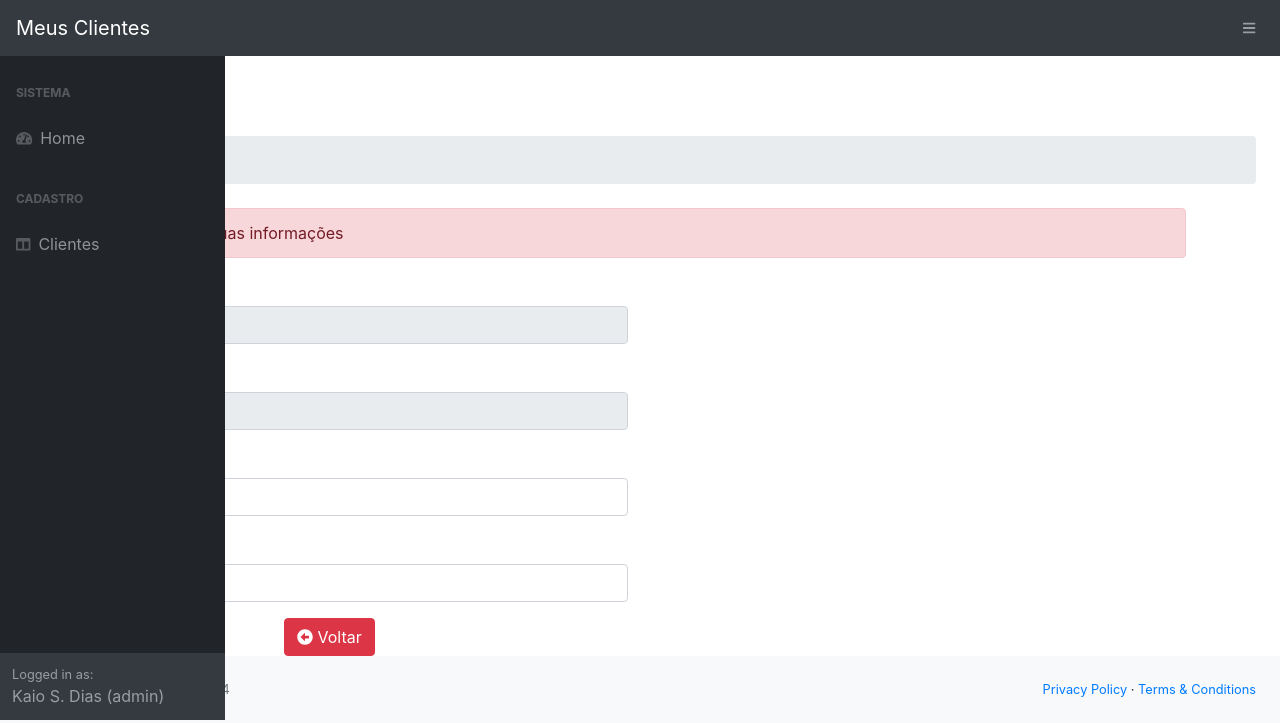
Repository: Kaio-Dias/Angular-Springboot
Page: /users-form (app in Frontend/clients-app/)
These files come from the project's save history. The page is drawn as it stood at one moment and after the next save; the edit follows.
The browser window is 1280 px wide. The pictures show the whole page.
Some web libraries are served in a nearby version. The project was rebuilt for these pictures with package versions that can differ from the ones it lists, and the page was loaded fresh each time. Also part of the build but not shown: Frontend/clients-app/angular.json, Frontend/clients-app/src/app/home/home.component.ts, Frontend/clients-app/src/app/users/users-list/users-list.component.ts.

Above is the page before, as saved 2024-07-09 12:12:26.

### Frontend/clients-app/src/index.html
<!doctype html>
<html lang="en">
<head>
  <meta charset="utf-8">
  <title>ClientsApp</title>
  <base href="/">
  <meta name="viewport" content="width=device-width, initial-scale=1">
  <link rel="icon" type="image/x-icon" href="favicon.ico">
  <script src="https://cdnjs.cloudflare.com/ajax/libs/font-awesome/5.11.2/js/all.min.js" crossorigin="anonymous"></script>
</head>
<body class="sb-nav-fixed">
  <app-root></app-root>
</body>
</html>

### Frontend/clients-app/src/app/app.component.ts
import { Component } from '@angular/core';
import { RouterModule, RouterOutlet } from '@angular/router';
import { routes } from './app.routes';
import { UsersService } from './users.service';
import { HttpClientModule } from '@angular/common/http';
import { CommonModule } from '@angular/common';

import { HomeComponent } from './home/home.component';
import {TemplateModule} from './template/template.module';
import {UsersModule} from './users/users.module';

@Component({
  selector: 'app-root',
  standalone: true,
  imports: [
    RouterOutlet,
    HomeComponent,
    TemplateModule,
    CommonModule,
    UsersModule,
    HttpClientModule
  ],
  providers:[
    UsersService
  ],
  templateUrl: './app.component.html',
  styleUrls: ['./app.component.css']
})
export class AppComponent {
  title = 'clients-app';
}

### Frontend/clients-app/src/app/app.routes.ts
import { Routes } from '@angular/router';
import { UsersFormComponent } from './users/users-form/users-form.component';
import { HomeComponent } from './home/home.component';
import { UsersListComponent } from './users/users-list/users-list.component';

export const routes: Routes = [
    { path: '', redirectTo: '/home', pathMatch: 'full' },
    { path: 'home', component: HomeComponent },
    { path: 'users-form', component: UsersFormComponent },
    { path: 'users-list', component: UsersListComponent },

];

### Frontend/clients-app/src/app/app.component.html
<app-navbar></app-navbar>
<div id="layoutSidenav">
  <app-sidebar></app-sidebar>
  <div id="layoutSidenav_content">
    <main>
      <div class="container-fluid">
        <router-outlet></router-outlet>
      </div>
      <footer class="py-4 bg-light mt-auto">
        <div class="container-fluid">
            <div class="d-flex align-items-center justify-content-between small">
                <div class="text-muted">Copyright &copy; Client Manager 2024</div>
                <div>
                    <a href="#">Privacy Policy</a>
                    &middot;
                    <a href="#">Terms &amp; Conditions</a>
                </div>
            </div>
        </div>
    </footer>
    </main>
  </div>
</div>

### Frontend/clients-app/src/app/users.service.ts
import { Injectable } from '@angular/core';
import { UserModel } from './users/UserModel';
import { HttpClient, HttpHeaders } from '@angular/common/http';
import { Observable } from 'rxjs';


@Injectable({
  providedIn: 'root'
})
export class UsersService {

  private user: UserModel[] = [];

  private apiUrl = 'http://localhost:8084/api/users';

  constructor(private http: HttpClient) {

  }
  //provavelmente seu User virará UserModel
  save(user:UserModel) : Observable<UserModel>{
    const headers = new HttpHeaders({'Content-Type': 'application/json'});
    return this.http.post<UserModel>(this.apiUrl, user, {headers})
  }

  getUsers() : Observable<UserModel[]> {
    return this.http.get<UserModel[]>(this.apiUrl);
  }
}

### Frontend/clients-app/src/app/template/template.module.ts
import { NgModule } from '@angular/core';
import { CommonModule } from '@angular/common';
import { NavbarComponent } from './navbar/navbar.component';
import {SidebarComponent } from './sidebar/sidebar.component';
import { RouterModule } from '@angular/router';



@NgModule({
  declarations: [],
  imports: [
    CommonModule,
    RouterModule,
    NavbarComponent,
    SidebarComponent
  ],
  exports: [
    NavbarComponent,
    SidebarComponent
  ]
})
export class TemplateModule { }

### Frontend/clients-app/src/app/users/users.module.ts
import { NgModule } from '@angular/core';
import { CommonModule } from '@angular/common';
import { FormsModule } from '@angular/forms'

import { UsersRoutingModule } from './users-routing.module';
import { UsersFormComponent } from './users-form/users-form.component';
import { UsersListComponent } from './users-list/users-list.component';


@NgModule({
  declarations: [],
  imports: [
    FormsModule,
    CommonModule,
    UsersRoutingModule,
    UsersFormComponent,
  ],
  exports:[
    UsersFormComponent
  ]
})
export class UsersModule { }

### Frontend/clients-app/src/app/users/users-form/users-form.component.ts
import { Component, OnInit } from '@angular/core';
import { FormsModule } from '@angular/forms';

import { UserModel } from '../UserModel';
import { UsersService } from '../../users.service'
import { response } from 'express';
import { CommonModule } from '@angular/common';

@Component({
  selector: 'app-users-form',
  standalone: true,
  imports: [FormsModule, CommonModule],
  templateUrl: './users-form.component.html',
  styleUrls: ['./users-form.component.css']
})
export class UsersFormComponent implements OnInit {

  user: UserModel;
  success: boolean = false;

  constructor(private usersService: UsersService) {
    this.user = new UserModel(10, 'Anderson Silva', '00987654322', '2024-01-08');
  }

  ngOnInit(): void {}

  onSubmit(): void{
    console.log('Butt on clicked hihihi', this.user);
    this.usersService.save(this.user).subscribe(response => {
      this.success = true;
    }, errorResponse =>
      console.log(errorResponse.error.errors)
  )
  }

}

### Frontend/clients-app/src/app/template/navbar/navbar.component.ts
import { Component, AfterViewInit } from '@angular/core';

@Component({
  selector: 'app-navbar',
  standalone: true,
  imports: [],
  templateUrl: './navbar.component.html',
  styleUrl: './navbar.component.css'
})
export class NavbarComponent {

}

### Frontend/clients-app/src/app/users/users-routing.module.ts
import { NgModule } from '@angular/core';
import { RouterModule, Routes } from '@angular/router';
import { UsersFormComponent } from './users-form/users-form.component';

const routes: Routes = [
  { path: 'users-form', component: UsersFormComponent}
];

@NgModule({
  imports: [RouterModule.forChild(routes)],
  exports: [RouterModule]
})
export class UsersRoutingModule { }

### Frontend/clients-app/src/app/users/users-form/users-form.component.html
<h1 class="mt-4">Clientes</h1>
<ol class="breadcrumb mb-4">
    <li class="breadcrumb-item active">Cadastro</li>
</ol>
<div class="container">
        <form #userForm="ngForm" (ngSubmit)="onSubmit()">
            <div class="row">
                <div class="col-md-12">
                    <div class="alert alert-success" role="alert" *ngIf="success==true">
                        Cliente salvo/atualizado com sucesso!
                    </div>
                    <div class="alert alert-danger" role="alert" *ngIf="success==false">
                        Erro. Revise suas informações
                    </div>
                </div>
            </div>

        <div class="row" *ngIf="user.id">
            <div class="col-md-6">
                <div class="form-group">
                    <label>ID: </label>
                    <input type="text" class="form-control" [(ngModel)]="user.id" name="id" disabled="true">
                </div>
            </div>
        </div>

        <div class="row">
            <div class="col-md-6">
                <div class="form-group">
                    <label>Data Cadastro: </label>
                    <input type="date" class="form-control" [(ngModel)]="user.registered_date" name="registered_date" disabled="true">
                </div>
            </div>
        </div>

        <div class="row">
            <div class="col-md-6">
                <div class="form-group">
                    <label>Nome: *</label>
                    <input type="text" class="form-control" [(ngModel)]="user.username" name="username"/>
                </div>
            </div>
        </div>

        <div class="row">
            <div class="col-md-6">
                <div class="form-group">
                    <label>CPF: *</label>
                    <input type="text" class="form-control" [(ngModel)]="user.cpf" name="cpf" >
                </div>
            </div>
        </div>

        <div class="row">
            <div class="col-md-2">
                <button type="submit" class="btn btn-success">
                    <i class="fa fa-save" ></i> Salvar
                </button>
            </div>
            <div class="col-md-2">
                <button type="submit" class="btn btn-danger ml-1">
                    <i class="fa fa-arrow-alt-circle-left" ></i> Voltar
                </button>
            </div>
        </div>
    </form>
</div>

### Frontend/clients-app/src/app/users/UserModel.ts
export class UserModel {
    id: number;
    username: string;
    cpf: string;
    registered_date: string;

    constructor(id: number = 0, username: string = "", cpf: string = "", registered_date: string = "") {
      this.id = id;
      this.username = username;
      this.cpf = cpf;
      this.registered_date = registered_date;
  }
}

### Frontend/clients-app/src/app/template/navbar/navbar.component.html
<nav class="sb-topnav navbar navbar-extend navbar-dark bg-dark">
    <a class="navbar-brand" href="#">Meus Clientes</a>
    <button class="btn btn-link btn-sm order-1 order-lg-0" id="sidebarToggle">
        <i class="fas fa-bars"></i>
    </button>
</nav>

### Frontend/clients-app/src/app/template/sidebar/sidebar.component.html
<div id="layoutSidenav">
    <div id="layoutSidenav_nav">
        <nav class="sb-sidenav accordion sb-sidenav-dark" id="sidenavAccordion">
            <div class="sb-sidenav-menu">
                <div class="nav">
                    <div class="sb-sidenav-menu-heading">Sistema</div>
                    <a class="nav-link" href="/home"
                        ><div class="sb-nav-link-icon"><i class="fas fa-tachometer-alt"></i></div>
                        Home</a
                    >
                    <div class="sb-sidenav-menu-heading">Cadastro</div>
                    <a class="nav-link collapsed" href="/users-list" data-toggle="collapse" data-target="#collapseLayouts" aria-expanded="false" aria-controls="collapseLayouts"
                        ><div class="sb-nav-link-icon"><i class="fas fa-columns"></i></div>
                        Clientes
                    </a>
                    <div class="collapse" id="collapseLayouts" aria-labelledby="headingOne" data-parent="#sidenavAccordion">
                        <nav class="sb-sidenav-menu-nested nav"><a class="nav-link" href="layout-static.html">Static Navigation</a><a class="nav-link" href="layout-sidenav-light.html">Light Sidenav</a></nav>
                    </div>
                    </div>
                </div>
            <div class="sb-sidenav-footer">
                <div class="small">Logged in as:</div>
                Kaio S. Dias (admin)
            </div>
        </nav>
    </div>

Loaded but not shown: Frontend/clients-app/src/styles.css (library); Frontend/clients-app/src/main.ts (common file); Frontend/clients-app/src/app/app.config.ts (common file); Frontend/clients-app/src/app/app.component.css (library); Frontend/clients-app/src/app/template/sidebar/sidebar.component.ts (common file); Frontend/clients-app/src/app/template/navbar/navbar.component.css (no stored copy; drawn as an empty file); Frontend/clients-app/src/app/template/sidebar/sidebar.component.css (no stored copy; drawn as an empty file); Frontend/clients-app/src/app/users/users-form/users-form.component.css (no stored copy; drawn as an empty file)

After the next save:
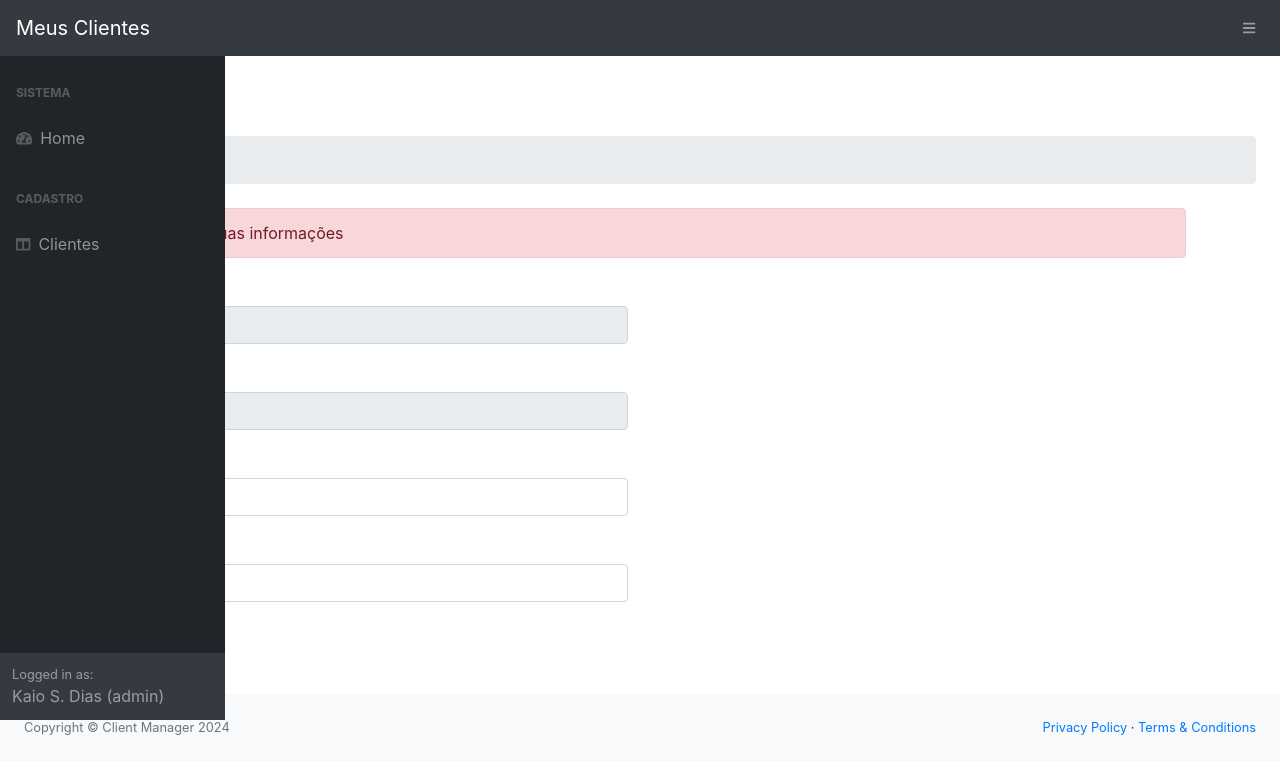
Saved 13 s later.
--- a/Frontend/clients-app/src/app/users/users-form/users-form.component.html
+++ b/Frontend/clients-app/src/app/users/users-form/users-form.component.html
@@ -56,8 +56,7 @@
                 <button type="submit" class="btn btn-success">
                     <i class="fa fa-save" ></i> Salvar
                 </button>
-            </div>
-            <div class="col-md-2">
+
                 <button type="submit" class="btn btn-danger ml-1">
                     <i class="fa fa-arrow-alt-circle-left" ></i> Voltar
                 </button>
